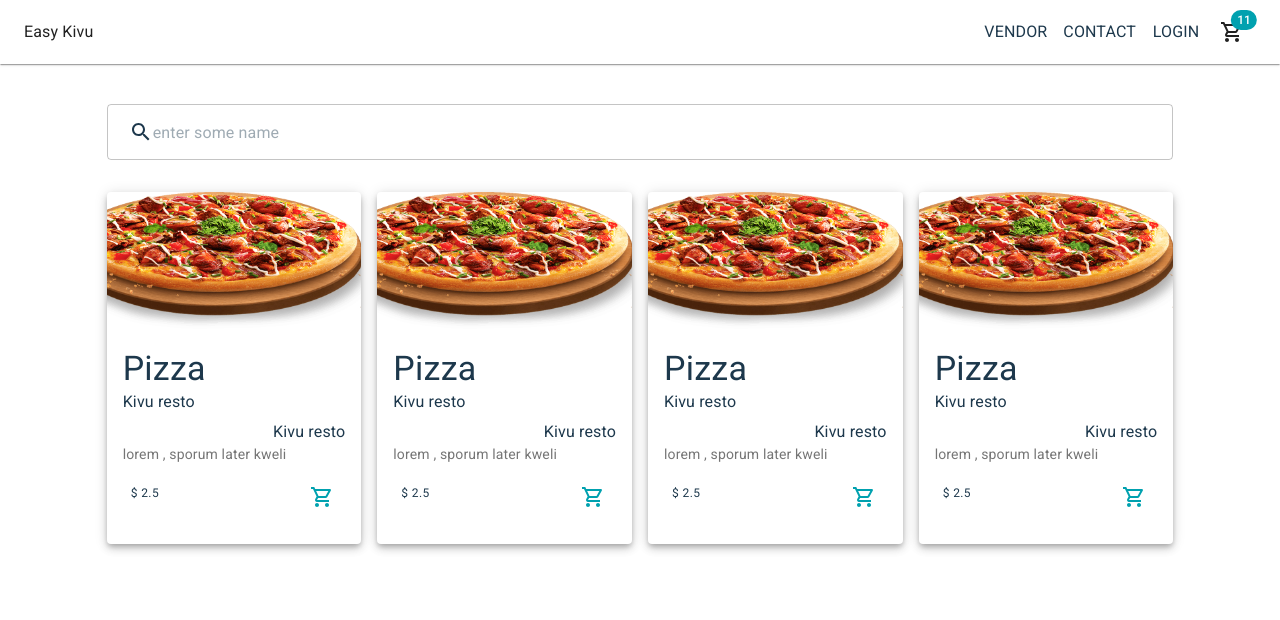
Repository: kilamaelie/jokes-dapp
Page: /
The author's editor kept a copy of each file at every save. The page is drawn from the files as they stood at one save, then again after a run of saves.
The browser window is 1280 px wide. The pictures show the whole page.
The project was rebuilt for these pictures with package versions that can differ from the ones it lists, and the page was loaded fresh each time. Also part of the build but not shown: src/ui/page/dashboard/dashboard.js.

Above is the page before, as saved 2021-06-28 02:50:51.

### src/App.js
import React from 'react'
import {BrowserRouter as Router ,Switch,Route} from 'react-router-dom'
import {ThemeProvider } from "@material-ui/core/styles";
import theme from './App_theme/theme'
import CssBaseline from '@material-ui/core/CssBaseline'
import Main from './ui/page/website/main'
import Dashboards from  './ui/page/dashboard/dashboard'
import AppBars from './ui/widget/appbar'



const App =()=>{


  return (
    <ThemeProvider theme={theme}>
      <CssBaseline>
          <Router>
            <AppBars/>
            <Switch>
              <Route path='/dashboard' component={Dashboards}/>
              <Route path= '/' component={Main}/>
            </Switch>
          </Router>
      </CssBaseline>
    </ThemeProvider>
  )
}

export default App

### src/App_theme/theme.js
import {createMuiTheme} from '@material-ui/core/styles'


const theme =createMuiTheme({
    palette:{
        primary:{
          main: '#FFF'
        },
        secondary:{
          main: '#00A1AF'
        },
        background:{
          default:'#FFF'
        },
        text:{
          primary:'#1D384C'
        }

      }
})

export default theme

### src/ui/page/website/main.js
import React from 'react'
import {Switch,Route} from 'react-router-dom'
import Home from './screen/home'



const Main =()=>{
    return (
            <Switch>

                <Route exact path= '/' component={Home}/>
            </Switch>
        )
}

export default Main

### src/ui/widget/appbar.js
import React,{useState} from 'react'
import {Grid,AppBar,Toolbar,IconButton,Typography,Button,Dialog,DialogContent,DialogContentText,MenuItem,Menu,Badge} from '@material-ui/core';
import RestaurantMenuIcon from '@material-ui/icons/RestaurantMenu';
import AccountCircle from '@material-ui/icons/AccountCircle';
import NotificationsIcon from '@material-ui/icons/Notifications';
import MoreIcon from '@material-ui/icons/MoreVert';
import { useTheme} from '@material-ui/core/styles'
import useMediaQuery from '@material-ui/core/useMediaQuery';
import useStyles from '../style'
import {Link} from 'react-router-dom'
import ShoppingCartOutlinedIcon from '@material-ui/icons/ShoppingCartOutlined';




const AppBars =()=>{

  const classes = useStyles();
  const [open, setOpen] = useState(false);
  const theme = useTheme();
  const fullScreen = useMediaQuery(theme.breakpoints.down('sm'));

  const handleClickOpen = () => {
    setOpen(true);
  };
  const handleClose = () => {
    setOpen(false);
  };
  // for the app bar

  const [anchorEl, setAnchorEl] = React.useState(null);
  const [mobileMoreAnchorEl, setMobileMoreAnchorEl] = React.useState(null);

  const isMenuOpen = Boolean(anchorEl);
  const isMobileMenuOpen = Boolean(mobileMoreAnchorEl);

  const handleProfileMenuOpen = (event) => {
    setAnchorEl(event.currentTarget);
  };
  const handleMenuClose = () => {
    setAnchorEl(null);
    handleMobileMenuClose();
  };
  const handleMobileMenuClose = () => {
    setMobileMoreAnchorEl(null);
  };
  const handleMobileMenuOpen = (event) => {
    setMobileMoreAnchorEl(event.currentTarget);
  };
  const handleLogoutAndMenuClose = () =>{
    const logout = localStorage.removeItem('token')
    localStorage.removeItem('id')
    localStorage.removeItem('user')
    setAnchorEl(null);
    handleMobileMenuClose();
    window.location.reload();
    return logout
  }

  const menuId = 'primary-search-account-menu';
  const renderMenu = (
    <Menu
      anchorEl={anchorEl}
      anchorOrigin={{ vertical: 'top', horizontal: 'right' }}
      id={menuId}
      keepMounted
      transformOrigin={{ vertical: 'top', horizontal: 'right' }}
      open={isMenuOpen}
      onClose={handleMenuClose}
    >
      <MenuItem onClick={handleMenuClose}>Profile</MenuItem>
      <MenuItem onClick={handleLogoutAndMenuClose}>Logout</MenuItem>
    </Menu>
  );

  const mobileMenuId = 'primary-search-account-menu-mobile';
  const renderMobileMenu = (
    <Menu
      anchorEl={mobileMoreAnchorEl}
      anchorOrigin={{ vertical: 'top', horizontal: 'right' }}
      id={mobileMenuId}
      keepMounted
      transformOrigin={{ vertical: 'top', horizontal: 'right' }}
      open={isMobileMenuOpen}
      onClose={handleMobileMenuClose}
    >
          <MenuItem>
          <Typography className={classes.typoAppbar}>VENDOR</Typography>
          </MenuItem>
          <MenuItem>
           <Typography className={classes.typoAppbar}>Contact</Typography>
          </MenuItem>
          {/* {
            token!=null? <div>
               <MenuItem>
        <IconButton aria-label="show 11 new notifications" color="inherit">
          <Badge badgeContent={11} color="secondary">
            <NotificationsIcon />
          </Badge>
        </IconButton>
        <p>Notifications</p>
      </MenuItem>
      <MenuItem onClick={handleProfileMenuOpen}>
        <IconButton
          aria-label="account of current user"
          aria-controls="primary-search-account-menu"
          aria-haspopup="true"
          color="inherit"
        >
          <AccountCircle />
        </IconButton>
        <p>Profile</p>
      </MenuItem>
            </div>

            :  */}
             <div>
              <MenuItem>
            <Button onClick={handleClickOpen}><Typography className={classes.typoAppbar}>Login</Typography></Button>
                    <Dialog
                        // fullScreen={fullScreen}
                        open={open}
                        onClose={handleClose}
                        aria-labelledby="responsive-dialog-title"
                          >
                            <DialogContent>
                              <DialogContentText>
                                  {/* <Login/> */}
                              </DialogContentText>
                            </DialogContent>
                    </Dialog>
          </MenuItem>
            </div>
          {/* } */}


    </Menu>
  );
  return (
      <Grid container direction='row'>
          {/* <Grid item xs={1} sm={1}></Grid> */}
          <Grid item xs={12} sm={12}>
          <AppBar position="fixe" elevation={1}  >
        <Toolbar>
          {/* <IconButton
            component={Link}
            to='/'
            edge="start"
            className={classes.menuButton}
            color="inherit"
            aria-label="open drawer"
          >
            <RestaurantMenuIcon className={classes.icon} />
          </IconButton> */}
          <Typography className={classes.title}  noWrap>
            Easy Kivu
          </Typography>

          <div className={classes.grow} />
          <div className={classes.sectionDesktop}>
             <Button ><Typography className={classes.typoAppbar}>VENDOR</Typography></Button>
            <Button><Typography className={classes.typoAppbar}>CONTACT</Typography></Button>
            {/* {token!=null?
            <div>
            <IconButton aria-label="show 17 new notifications" color="inherit">
              <Badge badgeContent={17} color="secondary">
                <NotificationsIcon  color="secondary"/>
              </Badge>
            </IconButton>
            <IconButton
              edge="end"
              aria-label="account of current user"
              aria-controls={menuId}
              aria-haspopup="true"
              onClick={handleProfileMenuOpen}
              color="inherit"
            >
              <AccountCircle color="secondary" />
            </IconButton>
            </div>
            : */}
            <div>
               <Button onClick={handleClickOpen}><Typography className={classes.typoAppbar}>LOGIN</Typography></Button>
                <Dialog
                    // fullScreen={fullScreen}
                    open={open}
                    onClose={handleClose}
                    aria-labelledby="responsive-dialog-title"
                      >
                        <DialogContent>
                          <DialogContentText>
                          {/* <Login/> */}
                          </DialogContentText>
                        </DialogContent>

                    </Dialog>
            </div>

            {/* } */}

          </div>
          <IconButton aria-label="show 11 new notifications" color="inherit">
          <Badge badgeContent={11} color="secondary">
            <ShoppingCartOutlinedIcon />
          </Badge>
        </IconButton>
          <div className={classes.sectionMobile}>
            <IconButton
              aria-label="show more"
              aria-controls={mobileMenuId}
              aria-haspopup="true"
              onClick={handleMobileMenuOpen}
              color="inherit"
            >
              <MoreIcon className={classes.icon} />
            </IconButton>
          </div>
        </Toolbar>
      </AppBar>
      {renderMobileMenu}
      {renderMenu}
          </Grid>
          {/* <Grid item xs={1} sm={1}></Grid> */}
      </Grid>
  )

}
export default AppBars

### src/ui/page/website/screen/home.js
import React from 'react'
import useStyles from '../../../style'
import {Grid,TextField,InputAdornment} from '@material-ui/core'
import SearchIcon from '@material-ui/icons/Search';
import CardItem from '../screen/widget/card'


const Home = () =>{
    const classes =useStyles()

    return (
        <Grid container direction='row' className={classes.margin_40} >
            <Grid item xs={1} sm={1}></Grid>
            <Grid item xs={10} sm={10}  >
               <Grid container spacing={4}  >
                   <Grid item xs={12} sm={12}>
                       <TextField
                        variant='outlined'
                        fullWidth
                        onFocus
                        placeholder="enter some name"
                        InputProps={{
                            startAdornment: (
                              <InputAdornment position="end">
                                <SearchIcon />
                              </InputAdornment>
                            ),
                          }}
                       />
                   </Grid>
                   <Grid item xs={12} sm={12}>
                       <Grid container spacing ={2}>
                           <Grid item xs={12} sm={3}>
                           <CardItem/>
                           </Grid>
                           <Grid item xs={12} sm={3}>
                           <CardItem/>
                           </Grid>
                           <Grid item xs={12} sm={3}>
                           <CardItem/>
                           </Grid>
                           <Grid item xs={12} sm={3}>
                           <CardItem/>
                           </Grid>
                       </Grid>
                   </Grid>
               </Grid>
            </Grid>
            <Grid item xs={1} sm={1}></Grid>
        </Grid>
    )
}

export default Home

### src/ui/style.js
import {makeStyles} from '@material-ui/core/styles'

export default makeStyles((theme)=>({

    app:{
        background:'white',
        //marginTop:10,
        // marginbo

    },
    title:{
        color:theme.palette.primary.secondary,
        fontWeight:400,

    },
    grow: {
        flexGrow: 1,
      },
      menuButton: {
        marginRight: theme.spacing(4),
      },
      title: {
        display: '',
        color:theme.palette.primary.secondary,
        fontWeight: 400 ,
        [theme.breakpoints.up('sm')]: {
          display: 'block',
          fontWeight: 400
        },
      },

      sectionDesktop: {
        display: 'none',
        [theme.breakpoints.up('md')]: {
          display: 'flex',
        },
      },
      sectionMobile: {
        display: 'flex',
        [theme.breakpoints.up('md')]: {
          display: 'none',
        },
      },
    icon:{
        color:theme.palette.primary.secondary,
    },
    typoAppbar:{
      color:theme.palette.primary.secondary,
      fontSize: 15,
      fontWeight:400
    },
    homeAppbar:{
      marginTop:40,
      backgroundColor:theme.palette.primary.secondary,
      height:80,
      borderRadius:"10px"
    },
    margin_40:{
      marginTop: 40,
      marginBottom:40
    }

}))

### src/ui/page/website/screen/widget/card.js
import React from 'react'
import {Grid,TextField,Typography,IconButton} from '@material-ui/core'
import Card from '@material-ui/core/Card';
import CardActionArea from '@material-ui/core/CardActionArea';
import CardActions from '@material-ui/core/CardActions';
import CardContent from '@material-ui/core/CardContent';
import CardMedia from '@material-ui/core/CardMedia';
import Button from '@material-ui/core/Button';
import Pizza from '../../../../../assets/pizza.png'
import ShoppingCartOutlinedIcon from '@material-ui/icons/ShoppingCartOutlined';


const CardItem =()=>{
    return (
        <Card elevation={5} >
        {/* <CardActionArea> */}
          <CardMedia
            style={{height:140}}
            image={Pizza}
            // title={imagetitle}
          />
          <CardContent>
            <Typography variant="caption" variant='h4' component="h2" >
              Pizza
            </Typography>
            <Typography gutterBottom  component="h2" >
              Kivu resto
            </Typography>
            <Typography align='right'  component="h2" >
              Kivu resto
            </Typography>
            <Typography variant="body2" color="textSecondary" style={{height:30}}>
             lorem , sporum later kweli
            </Typography>

        {/* </CardActionArea> */}
        <CardActions>
          <Grid container>
            <Grid item sm={6} md={6} xs={6} justify="center">
              <Typography variant="caption">
                $ 2.5
              </Typography>
            </Grid>
            <Grid item md={6} xs={6}>
              <Grid container direction="column" justify="center" alignItems="flex-end">
              <IconButton size="small" color="secondary" >
                <ShoppingCartOutlinedIcon/>
              </IconButton>
              </Grid>
            </Grid>
          </Grid>

        </CardActions>
        </CardContent>
      </Card>
    )
}


export default CardItem;

Loaded but not shown: public/index.html (common file); src/index.js (common file); src/index.css (common file); src/reportWebVitals.js (common file)

After the next 2 saves:
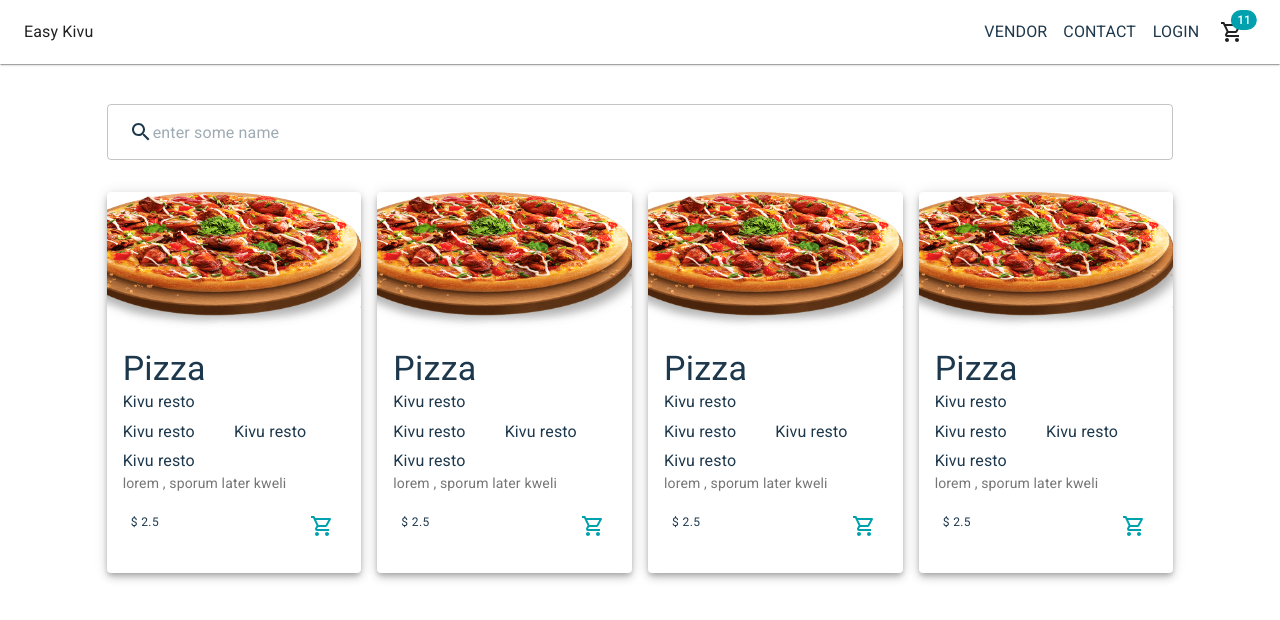
The 2 saves are shown as one change because 1 did not build or start.
The last was saved 94 s later.
--- a/src/ui/page/website/screen/widget/card.js
+++ b/src/ui/page/website/screen/widget/card.js
@@ -26,7 +26,19 @@ const CardItem =()=>{
             <Typography gutterBottom  component="h2" >
               Kivu resto
             </Typography>
-            <Typography align='right'  component="h2" >
+            <Grid container>
+              <Grid item xs={6} sm={6}>
+              <Typography gutterBottom  component="h2" >
+              Kivu resto
+            </Typography>
+              </Grid>
+             < Grid item xs={6} sm={6}>
+              <Typography gutterBottom  component="h2" >
+              Kivu resto
+            </Typography>
+              </Grid>
+            </Grid>
+            <Typography align='ri'  component="h2" >
               Kivu resto
             </Typography>
             <Typography variant="body2" color="textSecondary" style={{height:30}}>
